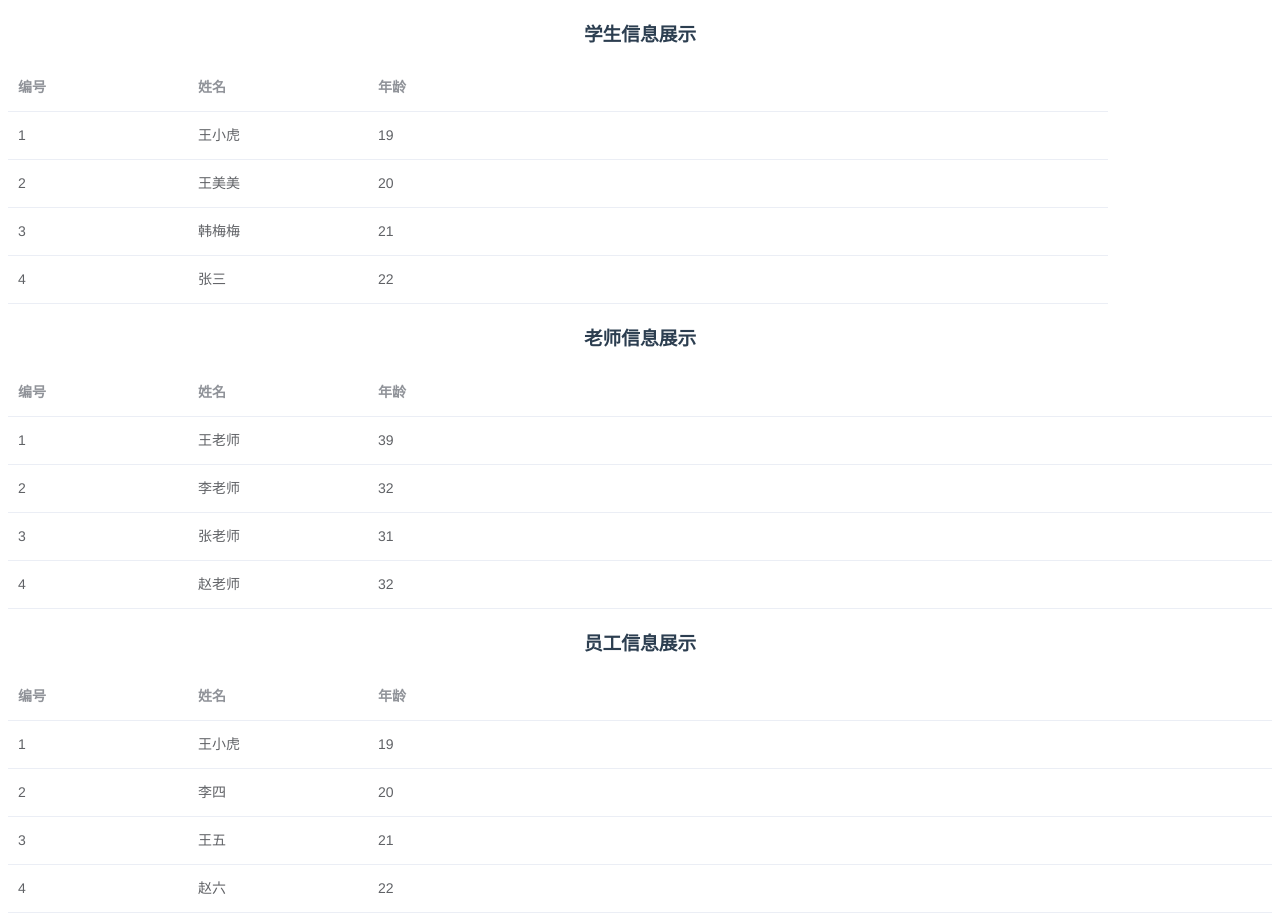
Repository: chang-meng-yun/vue_project
Page: /
These files come from the project's save history. The page is drawn as it stood at one moment and after the next save; the edit follows.
The browser window is 1280 px wide. The pictures show the whole page.
The project was rebuilt for these pictures with package versions that can differ from the ones it lists, and the page was loaded fresh each time. Also part of the build but not shown: vue.config.js, src/VBindStudy.vue, src/HomeWork.vue, src/views/reHome.vue, src/FromFrame.vue, src/prents.vue, src/views/son.vue, src/components/HelloWorld.vue and 1 more.

Above is the page before, as saved 2024-06-27 16:05:07.

### public/index.html
<!DOCTYPE html>
<html lang="">
  <head>
    <meta charset="utf-8">
    <meta http-equiv="X-UA-Compatible" content="IE=edge">
    <meta name="viewport" content="width=device-width,initial-scale=1.0">
    <link rel="icon" href="<%= BASE_URL %>favicon.ico">
    <!-- <title><%= htmlWebpackPlugin.options.title %></title> -->
     <title>我是首页</title>
  </head>
  <body>
    <noscript>
      <strong>We're sorry but <%= htmlWebpackPlugin.options.title %> doesn't work properly without JavaScript enabled. Please enable it to continue.</strong>
    </noscript>
    <!-- 显示内容的地方 -->
    <div id="app"></div>
    <!-- built files will be auto injected -->
  </body>
</html>

### src/main.js
import Vue from 'vue'
import App from './App.vue'
import ElementUI from 'element-ui';
import 'element-ui/lib/theme-chalk/index.css';
import router from './router'

Vue.use(ElementUI);

Vue.config.productionTip = false
new Vue({
  router,
  render: h => h(App)
}).$mount('#app')

### src/App.vue
<template>
  <div id="app">
    <!-- <Hello></Hello> -->
    <!-- <VBindStudy></VBindStudy> -->
    <!-- <HomeWork></HomeWork> -->
    <!-- <reHome></reHome> -->
    <!-- <Model></Model> -->
    <!-- <FromFrame></FromFrame> -->
     <!-- <prents></prents> -->
     <!-- <div>来自父组件得值{{son_title}}</div>
      <son @son_to_parent="getValues"></son> -->

      <!-- <child myTitle="信息展示" :mysrc="img_path" > -->
        <child myTitle="学生信息展示" myTitle2="老师信息展示" myTitle3="员工信息展示"  :tableData1="tableData1" :tableData2="tableData2" :tableData3="tableData3"></child>


    </div>
</template>
<script>
  // 导入组件
  import Hello from '@/Hello.vue'
  import VBindStudy from '@/VBindStudy'
  import HomeWork from '@/HomeWork'
  import reHome from './views/reHome.vue'
  import FromFrame from '@/FromFrame.vue'
  import prents from '@/prents.vue'
  import child from '@/child.vue'
   import son from './views/son.vue'
  // import Model from './views/Model.vue'
  export default {
    components: {
      Hello,
      VBindStudy,
      HomeWork,
      FromFrame,
      prents,
      child,
      son
      // Model
    },
    data() {
      return {
        tableData1: [{
            id: '1',
            name: '王小虎',
            age: '19'
          }, {
            id: '2',
            name: '王美美',
            age: '20'
          }, {
            id: '3',
            name: '韩梅梅',
            age: '21'
          }, {
            id: '4',
            name: '张三',
            age: '22'
          }],
          tableData2: [{
            id: '1',
            name: '王老师',
            age: '39'
          }, {
            id: '2',
            name: '李老师',
            age: '32'
          }, {
            id: '3',
            name: '张老师',
            age: '31'
          }, {
            id: '4',
            name: '赵老师',
            age: '32'
          }],
          tableData3: [{
            id: '1',
            name: '王小虎',
            age: '19'
          }, {
            id: '2',
            name: '李四',
            age: '20'
          }, {
            id: '3',
            name: '王五',
            age: '21'
          }, {
            id: '4',
            name: '赵六',
            age: '22'
          }],
        // mark: true,
        // name: "张三",
        // mywidth: "350px",
        // myImage: require("./assets/花.jpg"),
        // img_path: require("@/assets/花.jpg"),
        // son_title:""
      }
    },
    methods: {
      controller_div() {
        this.mark = !this.mark
        console.log(this.mark)
      },
      changeSize() {
        this.mywidth = "500px"
      },
      changeImage() {
        console.log("pakaqiu")
        this.myImage = require("./assets/小樱花.webp")
      },
      getValues(n){
        this.son_title=n
      }
    }
  }
</script>
<style>
  .box {
    width: 200px;
    height: 200px;
    background-color: red;
  }

  #app {
    font-family: Avenir, Helvetica, Arial, sans-serif;
    -webkit-font-smoothing: antialiased;
    -moz-osx-font-smoothing: grayscale;
    text-align: center;
    color: #2c3e50;
  }

  nav {
    padding: 30px;
  }

  nav a {
    font-weight: bold;
    color: #2c3e50;
  }

  nav a.router-link-exact-active {
    color: #42b983;
  }
</style>

### src/Hello.vue
<template>
  <div>
        <!-- <nav>
      <router-link to="/">Home</router-link> |
      <router-link to="/about">About</router-link>
    </nav> -->
    <!-- <el-row>
      <el-button>默认按钮</el-button>
      <el-button type="primary">主要按钮</el-button>
      <el-button type="success">成功按钮</el-button>
      <el-button type="info">信息按钮</el-button>
      <el-button type="warning">警告按钮</el-button>
      <el-button type="danger">危险按钮</el-button>
    </el-row> -->

    <!-- <input  type="text" v-model="username"> -->
     <!-- <div  v-if="mark" class="box">
      div1-if标签
     </div> -->
     <!-- <el-button type="primary" v-on:click="controller_div()">控制div</el-button> -->
     <!-- <div  v-show ="mark" class="box"> -->
      <!-- div2-show标签 -->
     <!-- </div> -->
    <!-- <div>
      {{username}}
    </div> -->
    <!-- <router-view/> -->
     <!-- <hr> -->

     <el-row>
        <el-col :span="12">
          <div class="grid-content bg-purple">
         <img src="./assets/小雏菊.webp" v-bind:width="mywidth" />
         <br>
         <el-button type="primary" @click="changeSize()">改变大小</el-button>
        </div>
      </el-col>

        <el-col :span="12">
          <div class="grid-content bg-purple-light">
            <img v-bind:src="myImage" width="350px" />
            <br>
            <el-button type="primary" @click="changeImage()">改变图片</el-button>
        </div>
      </el-col>
      </el-row>

  </div>
</template>
<script>
     export default{
    // components:{
    //     Hello,
    //     VBindStudy
    // },
    data(){
      return{
        mark:true,
        name:"张三",
        mywidth:"350px",
        myImage:require("./assets/花.jpg")
      }
    },
    methods:{
     controller_div(){
        this.mark=!this.mark
        console.log(this.mark)
      },
      changeSize(){
        this.mywidth="500px"
      },
      changeImage(){
        console.log("pakaqiu")
        this.myImage=require("./assets/小樱花.webp")
      }
     },
     components:{

     }
    }
  </script>
  <style>
  .box{
      width: 200px;
      height: 200px;
      background-color: red;
  }
  #app {
    font-family: Avenir, Helvetica, Arial, sans-serif;
    -webkit-font-smoothing: antialiased;
    -moz-osx-font-smoothing: grayscale;
    text-align: center;
    color: #2c3e50;
  }

  nav {
    padding: 30px;
  }

  nav a {
    font-weight: bold;
    color: #2c3e50;
  }

  /* nav a.router-link-exact-active {
    color: #42b983;
  } */
  </style>

### src/child.vue
<template>
    <div>
        <div>
         <h3>{{myTitle}}</h3>
         <!-- <img :src="mysrc" height="300px" width="300px"> -->
         <el-table
         :data="tableData1"
         style="width: 1100px;">
         <el-table-column
           prop="id"
           label="编号"
           width="180">
         </el-table-column>
         <el-table-column
           prop="name"
           label="姓名"
           width="180">
         </el-table-column>
         <el-table-column
           prop="age"
           label="年龄">
         </el-table-column>
       </el-table>
        </div>
        <div>
            <h3>{{myTitle2}}</h3>
            <!-- <img :src="mysrc" height="300px" width="300px"> -->
            <el-table
            :data="tableData2"
            style="width: 100%">
            <el-table-column
              prop="id"
              label="编号"
              width="180">
            </el-table-column>
            <el-table-column
              prop="name"
              label="姓名"
              width="180">
            </el-table-column>
            <el-table-column
              prop="age"
              label="年龄">
            </el-table-column>
          </el-table>
           </div>
           <div>
            <h3>{{myTitle3}}</h3>
            <!-- <img :src="mysrc" height="300px" width="300px"> -->
            <el-table
            :data="tableData3"
            style="width: 100%">
            <el-table-column
              prop="id"
              label="编号"
              width="180">
            </el-table-column>
            <el-table-column
              prop="name"
              label="姓名"
              width="180">
            </el-table-column>
            <el-table-column
              prop="age"
              label="年龄">
            </el-table-column>
          </el-table>
           </div>
    </div>
</template>
<script>
    export default{
        data(){
            return{
                // img_path: require("@/assets/花.jpg"),
            }
        },
        // props:["myTitle","mysrc"],
        props:["myTitle","tableData1","myTitle2","tableData2","myTitle3","tableData3"],
        methods: {

        },
        components:{

        }
    }

</script>
<style>

</style>

Loaded but not shown: src/router/index.js (common file)

After the next save:
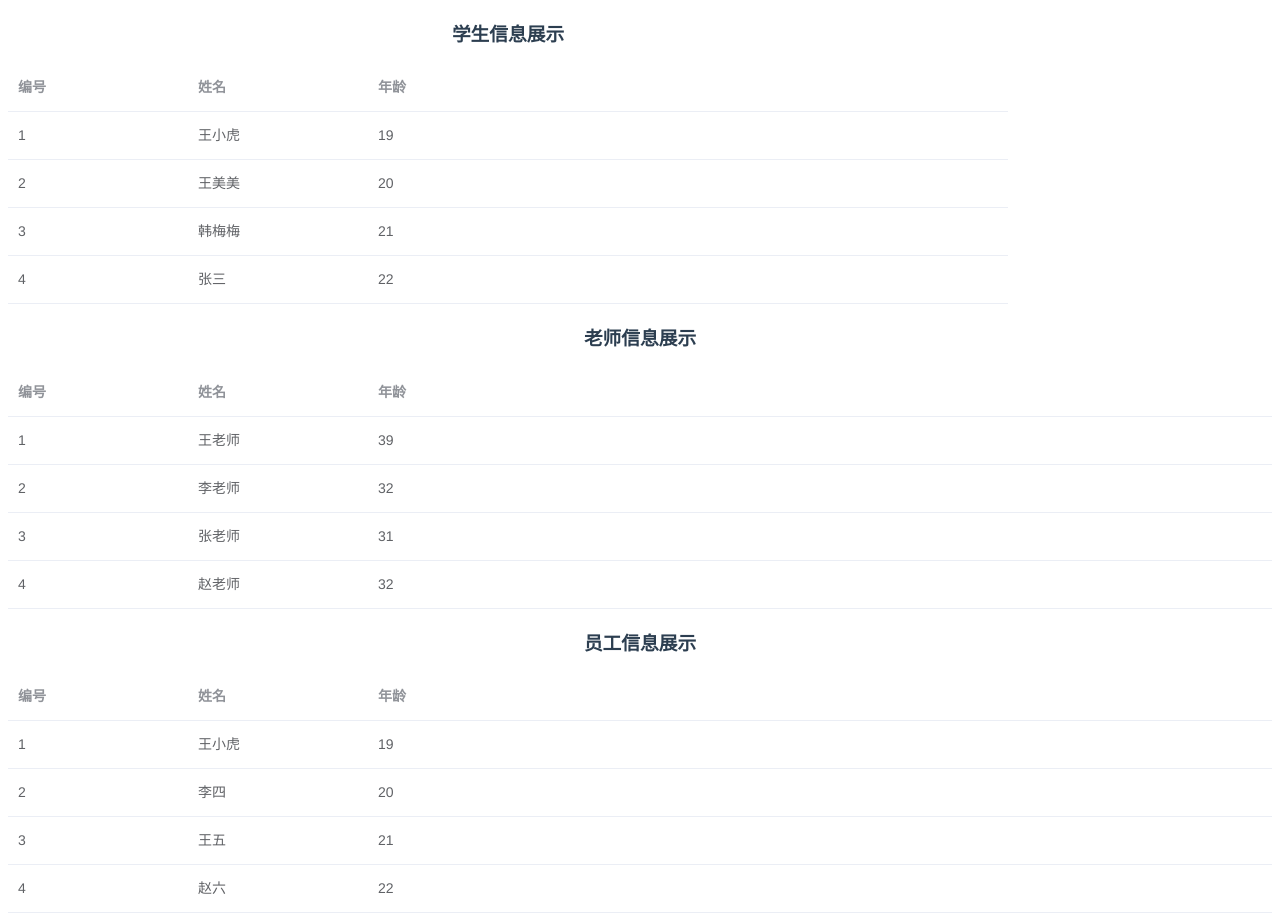
Saved 42 s later.
--- a/src/child.vue
+++ b/src/child.vue
@@ -1,11 +1,11 @@
 <template>
     <div>
-        <div>
+        <div style="width: 1000px;">
          <h3>{{myTitle}}</h3>
          <!-- <img :src="mysrc" height="300px" width="300px"> -->
          <el-table
          :data="tableData1"
-         style="width: 1100px;">
+         style="width: 100%">
          <el-table-column
            prop="id"
            label="编号"
